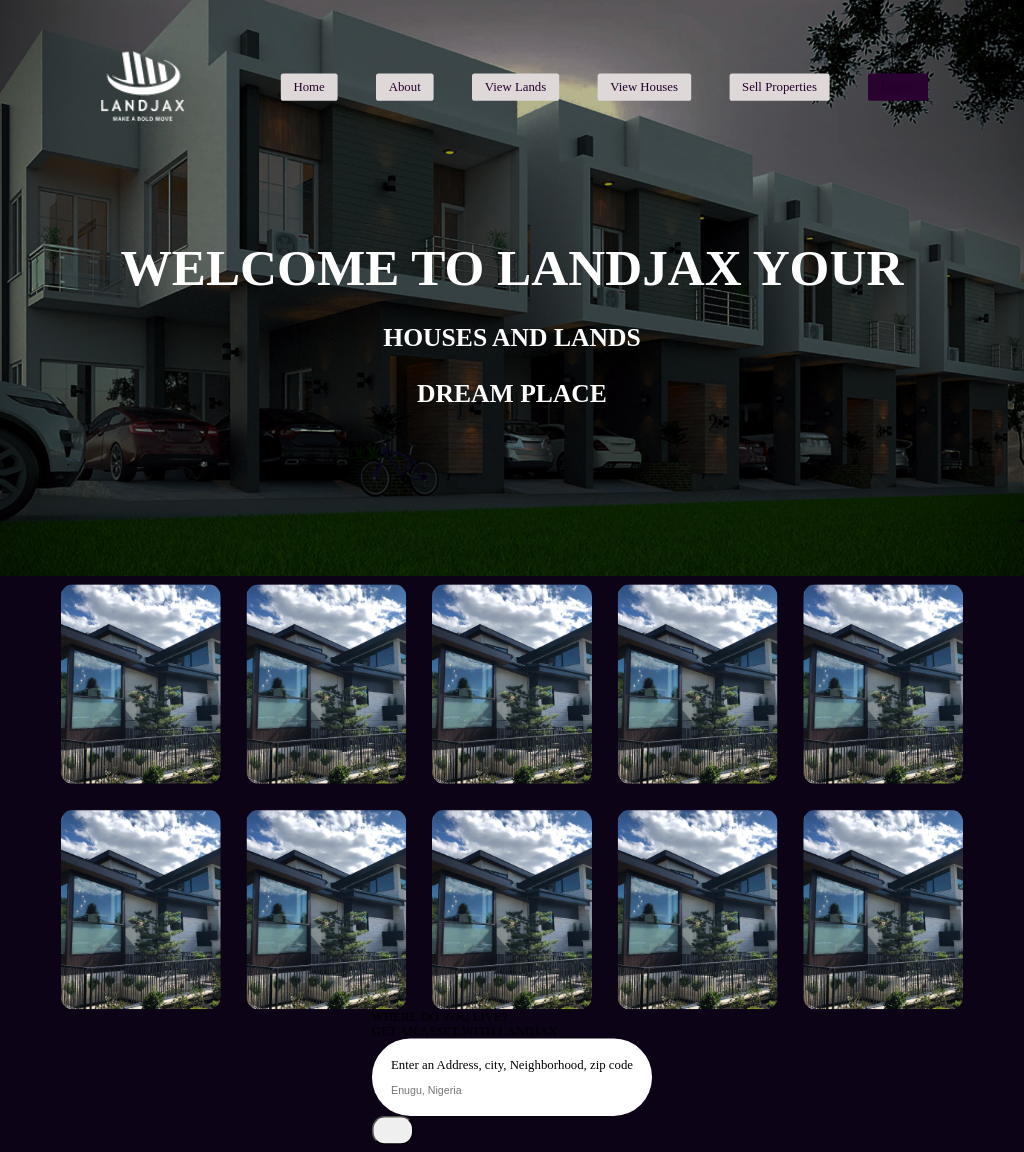
Repository: NorVirae/landjax-frontend
Page: /
These files come from the project's save history. The page is drawn as it stood at one moment and after a run of saves; the edit follows.
The browser window is 1280 px wide. The pictures show the whole page, at 80% of full size.
The project was rebuilt for these pictures with package versions that can differ from the ones it lists, and the page was loaded fresh each time. The framework's server and built-in components were replaced by stand-ins that run in the browser. Also part of the build but not shown: next.config.js.

Above is the page before, as saved 2022-07-02 16:13:48.

### pages/_app.tsx
import '../src/styles/Landing.css'
import '../src/styles/Global.css'


import type { AppProps } from 'next/app'

function MyApp({ Component, pageProps }: AppProps) {
  return <Component {...pageProps} />
}

export default MyApp

### pages/index.tsx
import type { NextPage } from 'next'
import Head from 'next/head'
import Image from 'next/image'
import Navbar from '../src/components/Navbar'
import HouseImg from '../src/assets/24.png'

const Home = () => {
  return (
    <div>
      <Head>
        <title>Land Jax</title>
        <meta name="description" content="Generated by create next app" />
        <link rel="icon" href="/favicon.ico" />
      </Head>


      <main>
        <section className='carousel__container'>
          <Navbar />

          <div className='carousel__welcome-screen'>
            <h2 className='carousel__welcome-text'>WELCOME TO LANDJAX YOUR</h2>
            <h3 className='carousel__house-lands'>HOUSES AND LANDS</h3>
            <h4 className='carousel__dream-place'>DREAM PLACE</h4>

          </div>

        </section>

        <section className='house__preview'>

          <div className='house__preview-inner'>
            <Image src={HouseImg} height={"250rem"} objectFit={"cover"} width="200rem" className='house__image-preview'/>
            <Image src={HouseImg} height={"250rem"} objectFit={"cover"} width="200rem" className='house__image-preview'/>
            <Image src={HouseImg} height={"250rem"} objectFit={"cover"} width="200rem" className='house__image-preview'/>
            <Image src={HouseImg} height={"250rem"} objectFit={"cover"} width="200rem" className='house__image-preview'/>
            <Image src={HouseImg} height={"250rem"} objectFit={"cover"} width="200rem" className='house__image-preview'/>
            <Image src={HouseImg} height={"250rem"} objectFit={"cover"} width="200rem" className='house__image-preview'/>
            <Image src={HouseImg} height={"250rem"} objectFit={"cover"} width="200rem" className='house__image-preview'/>
            <Image src={HouseImg} height={"250rem"} objectFit={"cover"} width="200rem" className='house__image-preview'/>
            <Image src={HouseImg} height={"250rem"} objectFit={"cover"} width="200rem" className='house__image-preview'/>
            <Image src={HouseImg} height={"250rem"} objectFit={"cover"} width="200rem" className='house__image-preview'/>

          </div>

          <section>
            <p> WHERE DO YOU LIVE?</p>
            <p> GET AN ASSET WITH <span>LANDJAX</span></p>

            <div className='house__form-group'>
              <label className='house__form-label'>Enter an Address, city, Neighborhood, zip code</label>
              <input className="house__form-control" placeholder='Enugu, Nigeria' />
            </div>

            <button className='house__btn-buy-prop'></button>
          </section>

        </section>


      </main>

      <footer>

      </footer>
    </div>
  )
}

export default Home

### src/styles/Landing.css
.carousel__container{
    background-repeat: no-repeat;
    background-image: url('../assets/1.png');
    background-size: cover;
    height: 100vh;
    width: 100vw;
}
.navbar{
    display: flex;
    justify-content: space-around;
    padding: 4rem;
    align-items: center;
}


.navbar .nav {
    display: flex;
    text-decoration: none;
    list-style: none;
    gap: 3rem;
}

.navbar .nav a{

}

.navbar__nav-link{
    /* padding: 3rem 2rem; */
    color: #25012C;
}

.navbar__nav-item{
    background-color: #DED8D9;
    color: #25012C;
    padding: .5rem 1rem;
    border-radius: .2rem;

}

.sign-in{
    background-color: #290230;
    color: #DFDDDF!important;

}

.carousel__welcome-screen{
    padding: 5rem 3rem;
    color: white;
    display: flex;
    justify-content: center;
    align-items: center;
    flex-direction: column;
    gap: 2rem;
}


.carousel__welcome-text{
    font-size: 4rem;
}
.carousel__house-lands{
    font-size: 2rem;
}
.carousel__dream-place{
    font-size: 2rem;
}


.house__preview{
    height: 100vh;
    width: 100vw;
    display: flex;
    justify-content: center;
    align-items: center;
    display: flex;
    flex-direction: column;
    background-color: #0D0316;
    position: relative;

}

.house__preview-inner{
    display: grid;
    gap: 2rem;
    grid-template-columns: repeat(5, 1fr);

}

.house__preview-overlay{
    background-color: #0000007e;
    height: 100vh;
    width: 100vw;
    position: absolute;
    left: 0%;
    top: 0%;
    z-index: 2;
}

.house__image-preview{
    border-radius: 1rem;
}

.house__intro {
    display: flex;
    justify-content: center;
    align-items: center;
    flex-direction: column;
    gap: 2rem;
    position: absolute;
    color: white;
    z-index: 3;
}

.house__live{
    font-size: 3rem;
}

.house__asset{
    font-size: 1.2rem;
}

.house__land-annouce{
    font-weight: 900;
    font-size: 1.3rem;
}

.house__form-group{
    background-color: white;
    border: 1rem;
    padding: 1.5rem;
    border-radius: 3rem;
    display: flex;
    flex-direction: column;
    gap: 1rem;
    width: 100%;
}

.house__form-label{
    color: black;
}

.house__form-control{
    border: none;
}

.house__form-control:focus{
    outline: none;
}

.house__btn-ecom-container{
    display: flex;
    gap: 2rem;
}

.house__btn-buy-prop{
    padding: 1rem 1.5rem;
    border-radius: 1rem;
    color: #470C76;

}

.house__btn-sell-prop{
    padding: 1rem 1.5rem;
    border-radius: 1rem;
    color: #E1E2E2;
    background-color: transparent;
    border: .1rem solid #E1E2E2;

}

.future__container{
    width: 100vw;
    background-color: #0C0215;
    padding: 2rem 3rem;

    display: flex;
    justify-content: center;
    align-items: center;
    flex-direction: column;
    gap: 2rem;
}

.future__header{
    color: white;
    display: flex;
    align-items: center;
    gap: 3rem;
    padding: 3rem 7rem;
}


.future__prop-text{
    font-size: 3rem;

}
.future__btn-prop{
    font-size: 1.2rem;
    padding: 1rem 3rem;
    background-color: #2B0549;
    color: white;
    border: none;
}
.future__houses-card-container{
    display: grid;
    grid-template-columns: repeat(3, 1fr);
    gap: 2rem;
    margin: auto 3rem;
    max-width: 60rem;
}

.future__house-card{
    display: flex;
    flex-direction: column;
    color: white;
    border-top-left-radius: 2rem;
    border-top-right-radius: 2rem;
    height: 100%;
    background-color: #ffff;
    position: relative;

}

.future__card-img{
    border-top-left-radius: 2rem;
    border-top-right-radius: 2rem;

}

.future__card-body{
    display: flex;
    flex-direction: column;
    color: #000;
    gap: 1rem;
    padding: 2rem;
}

.future__card-title{
    font-weight: 900;
    font-size: 1.5rem;
}

.future__card-price{
    font-size: 1.4rem;
    font-weight: 900;
}

.future__card-desc{
    font-size: 1rem;
}

.future__profile-container{
    display: flex;
    align-items: center;
    gap: 1rem;

}
.future__profile-img{
    border-radius: 100%;
}

.future__btn-sale{
    background-color: #5E4D7C;
    color: #EBE9EF;
    padding: .3rem 1rem;
    border-radius: .3rem;
    position: absolute;
    border: none;
    font-size: .9rem;
    right: 5%;
    top: 5%;
    z-index: 2;
}

.explore__market-container{
    display: flex;
    gap: 4rem;
    justify-content: space-around;
    background-image: url(../assets//16.png);
}

### src/styles/Global.css
* {
    padding: 0;
    margin: 0;
    box-sizing: border-box;
}

a {
    text-decoration: none;
}

### src/components/Navbar.tsx
import Link from "next/link";
import React from "react";
import Image from "next/image";
import Logo from "../assets/logo.png"

const Navbar:React.FC = ({}) => {

    return (
        <nav className="navbar">
            <Link href="#">
                <Image className="navbar_brand" src={Logo} width="120rem" objectFit="contain" height="90rem" />
            </Link>
            <ul className="nav">
                <li className="navbar__nav-item">
                    <Link href={"/"}>
                        <a className={"navbar__nav-link"}>
                            Home
                        </a>
                    </Link>
                </li>

                <li className="navbar__nav-item">
                    <Link href={"/"}>
                        <a className={"navbar__nav-link"}>
                            About
                        </a>
                    </Link>
                </li>

                <li className="navbar__nav-item">
                    <Link href={"/view/lands"}>
                        <a className={"navbar__nav-link"}>
                            View Lands
                        </a>
                    </Link>
                </li>

                <li className="navbar__nav-item">
                    <Link href={"/view/houses"}>
                        <a className={"navbar__nav-link"}>
                            View Houses
                        </a>
                    </Link>
                </li>

                <li className="navbar__nav-item">
                    <Link href={"/sell/properties"}>
                        <a className={"navbar__nav-link"}>
                            Sell Properties
                        </a>
                    </Link>
                </li>

                <li className="navbar__nav-item sign-in">
                    <Link href={"/login"}>
                        <a className={"navbar__nav-link"}>
                            Log In
                        </a>
                    </Link>
                </li>
            </ul>
        </nav>
    )

}

export default Navbar;

After the next 2 saves:
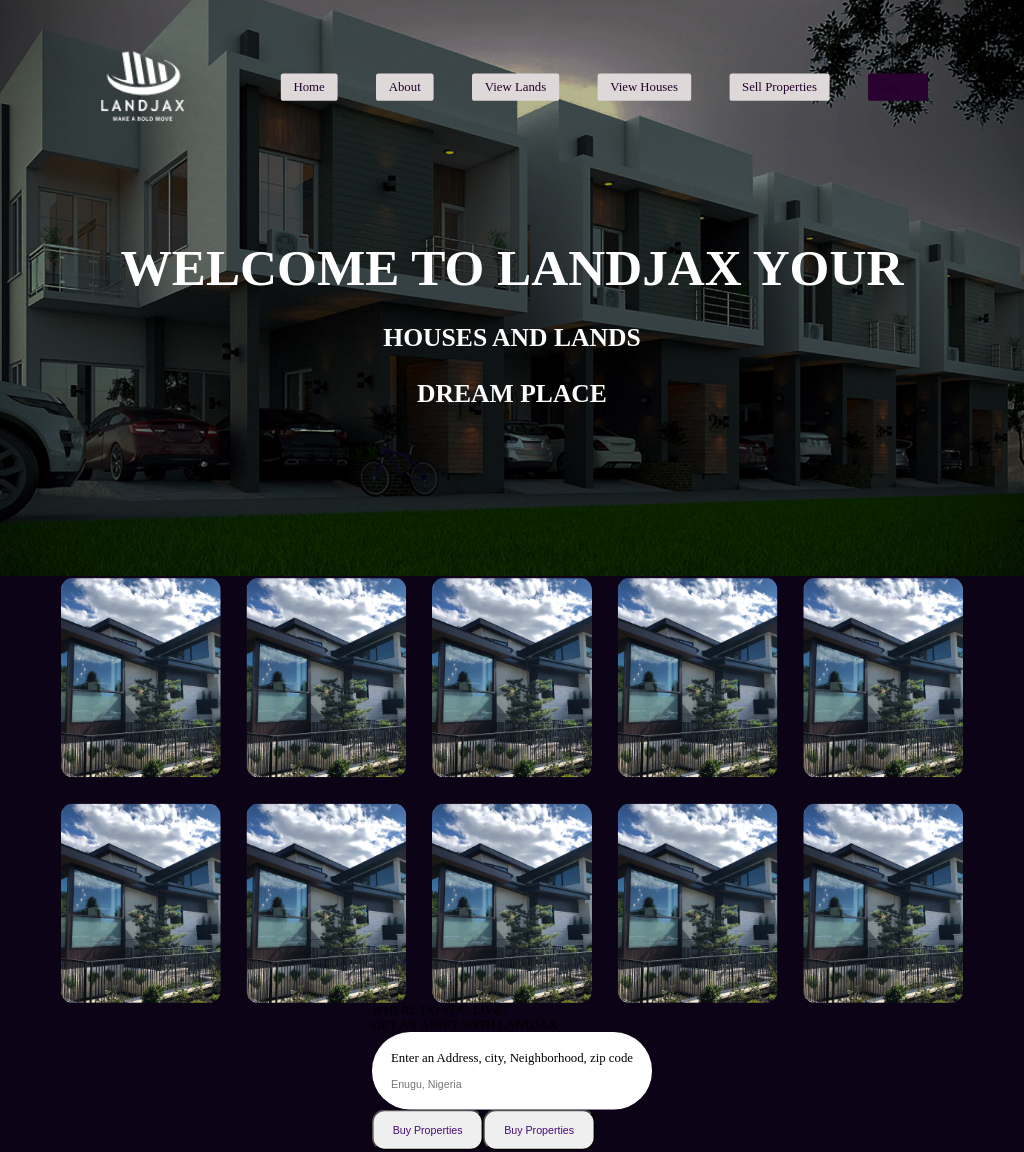
The 2 saves are shown as one change because they came seconds apart.
The last was saved 10 s later.
--- a/pages/index.tsx
+++ b/pages/index.tsx
@@ -52,7 +52,9 @@ const Home = () => {
               <input className="house__form-control" placeholder='Enugu, Nigeria' />
             </div>
 
-            <button className='house__btn-buy-prop'></button>
+            <button className='house__btn-buy-prop'>Buy Properties</button>
+            <button className='house__btn-buy-prop'>Buy Properties</button>
+
           </section>
 
         </section>
